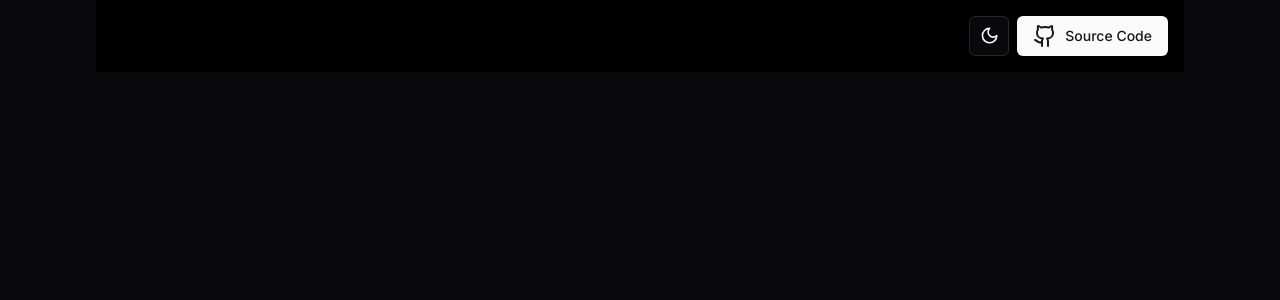
Repository: Young-Dev001/weather-app
Page: /
An editor plug-in stored every save of this project. The page is shown before and after the next save, followed by the edit.
The browser window is 1280 px wide. The pictures show the whole page.
The project was rebuilt for these pictures with package versions that can differ from the ones it lists, and the page was loaded fresh each time. The framework's server and built-in components were replaced by stand-ins that run in the browser. Also part of the build but not shown: next.config.mjs.

Above is the page before, as saved 2024-06-09 11:54:29.

### app/layout.tsx
import type { Metadata } from "next";
import "./globals.css";
import { Inter as FontSans } from "next/font/google";
import { ThemeProvider } from "@/providers/theme-provider";

// Assign the font loader to a constant
const inter = FontSans({
  subsets: ["latin"],
  variable: "--font-sans",
});

export const metadata: Metadata = {
  title: "Weather App",
  description: "Generated by create next app",
};

export default function RootLayout({
  children,
}: Readonly<{
  children: React.ReactNode;
}>) {
  return (
    <html lang="en">
      <body className={inter.className}>
        <ThemeProvider
          attribute="class"
          defaultTheme="dark"
          enableSystem
          disableTransitionOnChange
        >
          {children}
        </ThemeProvider>
      </body>
    </html>
  );
}

### app/page.tsx
import Navbar from "@/components/Navbar";
import Image from "next/image";

export default function Home() {
  return (
    <main className="mx-[0rem] lg:mx-[2rem] xl:mx-[6rem] 2xl:mx-[16rem] m-auto">
        <Navbar />
    </main>
  );
}

### app/globals.css
@tailwind base;
  @tailwind components;
  @tailwind utilities;


  @layer base {
    :root {
      --background: 0 0% 100%;
      --foreground: 240 10% 3.9%;
      --card: 0 0% 100%;
      --card-foreground: 240 10% 3.9%;
      --popover: 0 0% 100%;
      --popover-foreground: 240 10% 3.9%;
      --primary: 240 5.9% 10%;
      --primary-foreground: 0 0% 98%;
      --secondary: 240 4.8% 95.9%;
      --secondary-foreground: 240 5.9% 10%;
      --muted: 240 4.8% 95.9%;
      --muted-foreground: 240 3.8% 46.1%;
      --accent: 240 4.8% 95.9%;
      --accent-foreground: 240 5.9% 10%;
      --destructive: 0 84.2% 60.2%;
      --destructive-foreground: 0 0% 98%;
      --border: 240 5.9% 90%;
      --input: 240 5.9% 90%;
      --ring: 240 5.9% 10%;
      --radius: 0.5rem;
    }

    .dark {
      --background: 240 10% 3.9%;
      --foreground: 0 0% 98%;
      --card: 240 10% 3.9%;
      --card-foreground: 0 0% 98%;
      --popover: 240 10% 3.9%;
      --popover-foreground: 0 0% 98%;
      --primary: 0 0% 98%;
      --primary-foreground: 240 5.9% 10%;
      --secondary: 240 3.7% 15.9%;
      --secondary-foreground: 0 0% 98%;
      --muted: 240 3.7% 15.9%;
      --muted-foreground: 240 5% 64.9%;
      --accent: 240 3.7% 15.9%;
      --accent-foreground: 0 0% 98%;
      --destructive: 0 62.8% 30.6%;
      --destructive-foreground: 0 0% 98%;
      --border: 240 3.7% 15.9%;
      --input: 240 3.7% 15.9%;
      --ring: 240 4.9% 83.9%;
    }
  }


  @layer base {
    * {
      @apply border-border;
    }
    body {
      @apply bg-background text-foreground;
    }
  }

### components/Navbar.tsx
"use client";

import React from 'react';
import { useRouter } from 'next/navigation';
import { github } from '@/app/utils/icons';
import { Button } from './ui/button';
import ThemeDropDown from './ThemeDropDown';

function Navbar() {
  const router = useRouter();

  return (
    <div className="bg-white border-gray-200 dark:bg-black flex items-center justify-between p-4">
      <div className="left">
        {/* Add your left side content here if needed */}
      </div>
      <div className="search-container flex gap-2 ml-auto items-center">
        <ThemeDropDown />
        <Button
          type="button"
          className="source-code flex items-center gap-2"
          onClick={() => router.push("/github")}
        >
          {github} Source Code
        </Button>
      </div>
    </div>
  );
}

export default Navbar;

### app/utils/icons.tsx
import { Github, Sun } from "lucide-react";





export const github = <Github />;
export const sun = <Sun />

### components/ui/button.tsx
import * as React from "react"
import { Slot } from "@radix-ui/react-slot"
import { cva, type VariantProps } from "class-variance-authority"

import { cn } from "@/lib/utils"

const buttonVariants = cva(
  "inline-flex items-center justify-center whitespace-nowrap rounded-md text-sm font-medium ring-offset-background transition-colors focus-visible:outline-none focus-visible:ring-2 focus-visible:ring-ring focus-visible:ring-offset-2 disabled:pointer-events-none disabled:opacity-50",
  {
    variants: {
      variant: {
        default: "bg-primary text-primary-foreground hover:bg-primary/90",
        destructive:
          "bg-destructive text-destructive-foreground hover:bg-destructive/90",
        outline:
          "border border-input bg-background hover:bg-accent hover:text-accent-foreground",
        secondary:
          "bg-secondary text-secondary-foreground hover:bg-secondary/80",
        ghost: "hover:bg-accent hover:text-accent-foreground",
        link: "text-primary underline-offset-4 hover:underline",
      },
      size: {
        default: "h-10 px-4 py-2",
        sm: "h-9 rounded-md px-3",
        lg: "h-11 rounded-md px-8",
        icon: "h-10 w-10",
      },
    },
    defaultVariants: {
      variant: "default",
      size: "default",
    },
  }
)

export interface ButtonProps
  extends React.ButtonHTMLAttributes<HTMLButtonElement>,
    VariantProps<typeof buttonVariants> {
  asChild?: boolean
}

const Button = React.forwardRef<HTMLButtonElement, ButtonProps>(
  ({ className, variant, size, asChild = false, ...props }, ref) => {
    const Comp = asChild ? Slot : "button"
    return (
      <Comp
        className={cn(buttonVariants({ variant, size, className }))}
        ref={ref}
        {...props}
      />
    )
  }
)
Button.displayName = "Button"

export { Button, buttonVariants }

### components/ThemeDropDown.tsx
"use client"

import * as React from "react"
import { Moon, Sun } from "lucide-react"
import { useTheme } from "next-themes"

import { Button } from "@/components/ui/button"
import {
  DropdownMenu,
  DropdownMenuContent,
  DropdownMenuItem,
  DropdownMenuTrigger,
} from "@/components/ui/dropdown-menu"


function ThemeDropDown() {
    const { setTheme } = useTheme()
  return (
    <DropdownMenu>
      <DropdownMenuTrigger asChild>
        <Button variant="outline" size="icon">
          <Sun className="h-[1.2rem] w-[1.2rem] rotate-0 scale-100 transition-all dark:-rotate-90 dark:scale-0" />
          <Moon className="absolute h-[1.2rem] w-[1.2rem] rotate-90 scale-0 transition-all dark:rotate-0 dark:scale-100" />
          <span className="sr-only">Toggle theme</span>
        </Button>
      </DropdownMenuTrigger>
      <DropdownMenuContent align="end">
        <DropdownMenuItem onClick={() => setTheme("light")}>
          Light
        </DropdownMenuItem>
        <DropdownMenuItem onClick={() => setTheme("dark")}>
          Dark
        </DropdownMenuItem>
        <DropdownMenuItem onClick={() => setTheme("system")}>
          System
        </DropdownMenuItem>
      </DropdownMenuContent>
    </DropdownMenu>
  )
}

export default ThemeDropDown

### components/ui/dropdown-menu.tsx
"use client"

import * as React from "react"
import * as DropdownMenuPrimitive from "@radix-ui/react-dropdown-menu"
import { Check, ChevronRight, Circle } from "lucide-react"

import { cn } from "@/lib/utils"

const DropdownMenu = DropdownMenuPrimitive.Root

const DropdownMenuTrigger = DropdownMenuPrimitive.Trigger

const DropdownMenuGroup = DropdownMenuPrimitive.Group

const DropdownMenuPortal = DropdownMenuPrimitive.Portal

const DropdownMenuSub = DropdownMenuPrimitive.Sub

const DropdownMenuRadioGroup = DropdownMenuPrimitive.RadioGroup

const DropdownMenuSubTrigger = React.forwardRef<
  React.ElementRef<typeof DropdownMenuPrimitive.SubTrigger>,
  React.ComponentPropsWithoutRef<typeof DropdownMenuPrimitive.SubTrigger> & {
    inset?: boolean
  }
>(({ className, inset, children, ...props }, ref) => (
  <DropdownMenuPrimitive.SubTrigger
    ref={ref}
    className={cn(
      "flex cursor-default select-none items-center rounded-sm px-2 py-1.5 text-sm outline-none focus:bg-accent data-[state=open]:bg-accent",
      inset && "pl-8",
      className
    )}
    {...props}
  >
    {children}
    <ChevronRight className="ml-auto h-4 w-4" />
  </DropdownMenuPrimitive.SubTrigger>
))
DropdownMenuSubTrigger.displayName =
  DropdownMenuPrimitive.SubTrigger.displayName

const DropdownMenuSubContent = React.forwardRef<
  React.ElementRef<typeof DropdownMenuPrimitive.SubContent>,
  React.ComponentPropsWithoutRef<typeof DropdownMenuPrimitive.SubContent>
>(({ className, ...props }, ref) => (
  <DropdownMenuPrimitive.SubContent
    ref={ref}
    className={cn(
      "z-50 min-w-[8rem] overflow-hidden rounded-md border bg-popover p-1 text-popover-foreground shadow-lg data-[state=open]:animate-in data-[state=closed]:animate-out data-[state=closed]:fade-out-0 data-[state=open]:fade-in-0 data-[state=closed]:zoom-out-95 data-[state=open]:zoom-in-95 data-[side=bottom]:slide-in-from-top-2 data-[side=left]:slide-in-from-right-2 data-[side=right]:slide-in-from-left-2 data-[side=top]:slide-in-from-bottom-2",
      className
    )}
    {...props}
  />
))
DropdownMenuSubContent.displayName =
  DropdownMenuPrimitive.SubContent.displayName

const DropdownMenuContent = React.forwardRef<
  React.ElementRef<typeof DropdownMenuPrimitive.Content>,
  React.ComponentPropsWithoutRef<typeof DropdownMenuPrimitive.Content>
>(({ className, sideOffset = 4, ...props }, ref) => (
  <DropdownMenuPrimitive.Portal>
    <DropdownMenuPrimitive.Content
      ref={ref}
      sideOffset={sideOffset}
      className={cn(
        "z-50 min-w-[8rem] overflow-hidden rounded-md border bg-popover p-1 text-popover-foreground shadow-md data-[state=open]:animate-in data-[state=closed]:animate-out data-[state=closed]:fade-out-0 data-[state=open]:fade-in-0 data-[state=closed]:zoom-out-95 data-[state=open]:zoom-in-95 data-[side=bottom]:slide-in-from-top-2 data-[side=left]:slide-in-from-right-2 data-[side=right]:slide-in-from-left-2 data-[side=top]:slide-in-from-bottom-2",
        className
      )}
      {...props}
    />
  </DropdownMenuPrimitive.Portal>
))
DropdownMenuContent.displayName = DropdownMenuPrimitive.Content.displayName

const DropdownMenuItem = React.forwardRef<
  React.ElementRef<typeof DropdownMenuPrimitive.Item>,
  React.ComponentPropsWithoutRef<typeof DropdownMenuPrimitive.Item> & {
    inset?: boolean
  }
>(({ className, inset, ...props }, ref) => (
  <DropdownMenuPrimitive.Item
    ref={ref}
    className={cn(
      "relative flex cursor-default select-none items-center rounded-sm px-2 py-1.5 text-sm outline-none transition-colors focus:bg-accent focus:text-accent-foreground data-[disabled]:pointer-events-none data-[disabled]:opacity-50",
      inset && "pl-8",
      className
    )}
    {...props}
  />
))
DropdownMenuItem.displayName = DropdownMenuPrimitive.Item.displayName

const DropdownMenuCheckboxItem = React.forwardRef<
  React.ElementRef<typeof DropdownMenuPrimitive.CheckboxItem>,
  React.ComponentPropsWithoutRef<typeof DropdownMenuPrimitive.CheckboxItem>
>(({ className, children, checked, ...props }, ref) => (
  <DropdownMenuPrimitive.CheckboxItem
    ref={ref}
    className={cn(
      "relative flex cursor-default select-none items-center rounded-sm py-1.5 pl-8 pr-2 text-sm outline-none transition-colors focus:bg-accent focus:text-accent-foreground data-[disabled]:pointer-events-none data-[disabled]:opacity-50",
      className
    )}
    checked={checked}
    {...props}
  >
    <span className="absolute left-2 flex h-3.5 w-3.5 items-center justify-center">
      <DropdownMenuPrimitive.ItemIndicator>
        <Check className="h-4 w-4" />
      </DropdownMenuPrimitive.ItemIndicator>
    </span>
    {children}
  </DropdownMenuPrimitive.CheckboxItem>
))
DropdownMenuCheckboxItem.displayName =
  DropdownMenuPrimitive.CheckboxItem.displayName

const DropdownMenuRadioItem = React.forwardRef<
  React.ElementRef<typeof DropdownMenuPrimitive.RadioItem>,
  React.ComponentPropsWithoutRef<typeof DropdownMenuPrimitive.RadioItem>
>(({ className, children, ...props }, ref) => (
  <DropdownMenuPrimitive.RadioItem
    ref={ref}
    className={cn(
      "relative flex cursor-default select-none items-center rounded-sm py-1.5 pl-8 pr-2 text-sm outline-none transition-colors focus:bg-accent focus:text-accent-foreground data-[disabled]:pointer-events-none data-[disabled]:opacity-50",
      className
    )}
    {...props}
  >
    <span className="absolute left-2 flex h-3.5 w-3.5 items-center justify-center">
      <DropdownMenuPrimitive.ItemIndicator>
        <Circle className="h-2 w-2 fill-current" />
      </DropdownMenuPrimitive.ItemIndicator>
    </span>
    {children}
  </DropdownMenuPrimitive.RadioItem>
))
DropdownMenuRadioItem.displayName = DropdownMenuPrimitive.RadioItem.displayName

const DropdownMenuLabel = React.forwardRef<
  React.ElementRef<typeof DropdownMenuPrimitive.Label>,
  React.ComponentPropsWithoutRef<typeof DropdownMenuPrimitive.Label> & {
    inset?: boolean
  }
>(({ className, inset, ...props }, ref) => (
  <DropdownMenuPrimitive.Label
    ref={ref}
    className={cn(
      "px-2 py-1.5 text-sm font-semibold",
      inset && "pl-8",
      className
    )}
    {...props}
  />
))
DropdownMenuLabel.displayName = DropdownMenuPrimitive.Label.displayName

const DropdownMenuSeparator = React.forwardRef<
  React.ElementRef<typeof DropdownMenuPrimitive.Separator>,
  React.ComponentPropsWithoutRef<typeof DropdownMenuPrimitive.Separator>
>(({ className, ...props }, ref) => (
  <DropdownMenuPrimitive.Separator
    ref={ref}
    className={cn("-mx-1 my-1 h-px bg-muted", className)}
    {...props}
  />
))
DropdownMenuSeparator.displayName = DropdownMenuPrimitive.Separator.displayName

const DropdownMenuShortcut = ({
  className,
  ...props
}: React.HTMLAttributes<HTMLSpanElement>) => {
  return (
    <span
      className={cn("ml-auto text-xs tracking-widest opacity-60", className)}
      {...props}
    />
  )
}
DropdownMenuShortcut.displayName = "DropdownMenuShortcut"

export {
  DropdownMenu,
  DropdownMenuTrigger,
  DropdownMenuContent,
  DropdownMenuItem,
  DropdownMenuCheckboxItem,
  DropdownMenuRadioItem,
  DropdownMenuLabel,
  DropdownMenuSeparator,
  DropdownMenuShortcut,
  DropdownMenuGroup,
  DropdownMenuPortal,
  DropdownMenuSub,
  DropdownMenuSubContent,
  DropdownMenuSubTrigger,
  DropdownMenuRadioGroup,
}

### tailwind.config.ts
/**
 * @type {import('@types/tailwindcss/tailwind-config').TailwindConfig}
 */

import type { Config } from "tailwindcss"
const { fontFamily } = require("tailwindcss/defaultTheme")

const config = {
  darkMode: ["class"],
  content: [
    './pages/**/*.{ts,tsx}',
    './components/**/*.{ts,tsx}',
    './app/**/*.{ts,tsx}',
    './src/**/*.{ts,tsx}',
    "./public/**/*.html",
	],
  prefix: "",
  plugins: [
    require("flowbite/plugin")
  ],
  theme: {
    container: {
      center: true,
      padding: "2rem",
      screens: {
        "2xl": "1400px",
      },
    },
    extend: {
      fontFamily: {
        sans: ["var(--font-sans)", ...fontFamily.sans],
      },
      colors: {
        border: "hsl(var(--border))",
        input: "hsl(var(--input))",
        ring: "hsl(var(--ring))",
        background: "hsl(var(--background))",
        foreground: "hsl(var(--foreground))",
        primary: {
          DEFAULT: "hsl(var(--primary))",
          foreground: "hsl(var(--primary-foreground))",
        },
        secondary: {
          DEFAULT: "hsl(var(--secondary))",
          foreground: "hsl(var(--secondary-foreground))",
        },
        destructive: {
          DEFAULT: "hsl(var(--destructive))",
          foreground: "hsl(var(--destructive-foreground))",
        },
        muted: {
          DEFAULT: "hsl(var(--muted))",
          foreground: "hsl(var(--muted-foreground))",
        },
        accent: {
          DEFAULT: "hsl(var(--accent))",
          foreground: "hsl(var(--accent-foreground))",
        },
        popover: {
          DEFAULT: "hsl(var(--popover))",
          foreground: "hsl(var(--popover-foreground))",
        },
        card: {
          DEFAULT: "hsl(var(--card))",
          foreground: "hsl(var(--card-foreground))",
        },
      },
      borderRadius: {
        lg: "var(--radius)",
        md: "calc(var(--radius) - 2px)",
        sm: "calc(var(--radius) - 4px)",
      },
      keyframes: {
        "accordion-down": {
          from: { height: "0" },
          to: { height: "var(--radix-accordion-content-height)" },
        },
        "accordion-up": {
          from: { height: "var(--radix-accordion-content-height)" },
          to: { height: "0" },
        },
      },
      animation: {
        "accordion-down": "accordion-down 0.2s ease-out",
        "accordion-up": "accordion-up 0.2s ease-out",
      },
    },
  },
  plugins: [require("tailwindcss-animate")],
} satisfies Config

export default config

Loaded but not shown: providers/theme-provider.tsx (common file); lib/utils.ts (common file)

After the next save:
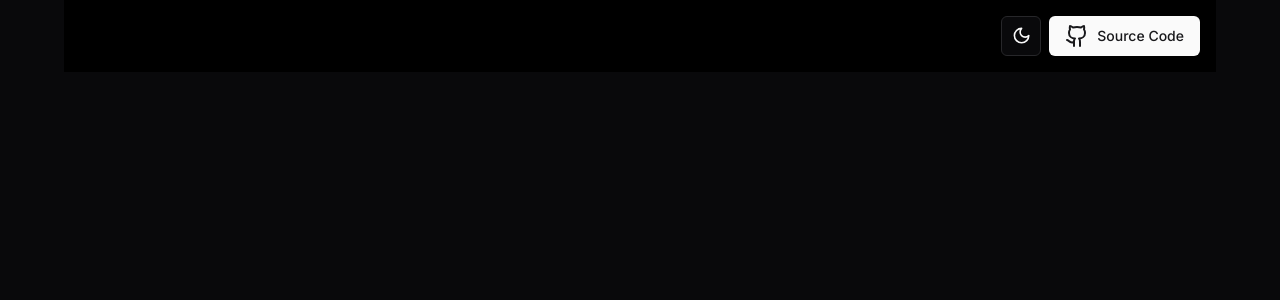
Saved 46 s later.
--- a/app/page.tsx
+++ b/app/page.tsx
@@ -3,7 +3,7 @@
 
 export default function Home() {
   return (
-    <main className="mx-[0rem] lg:mx-[2rem] xl:mx-[6rem] 2xl:mx-[16rem] m-auto">
+    <main className="mx-[0rem] lg:mx-[2rem] xl:mx-[4rem] 2xl:mx-[16rem] m-auto">
         <Navbar />
     </main>
   );

After the 3 saves that followed:
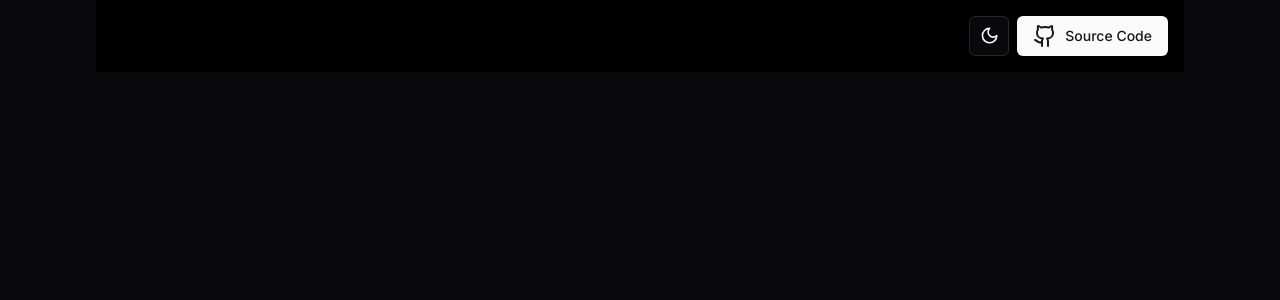
The 3 saves are shown as one change because 2 left the picture as it was.
The last was saved 3 min 33 s later.
--- a/app/page.tsx
+++ b/app/page.tsx
@@ -3,7 +3,7 @@
 
 export default function Home() {
   return (
-    <main className="mx-[0rem] lg:mx-[2rem] xl:mx-[4rem] 2xl:mx-[16rem] m-auto">
+    <main className="mx-[0rem] lg:mx-[2rem] xl:mx-[6rem] 2xl:mx-[16rem] m-auto">
         <Navbar />
     </main>
   );
